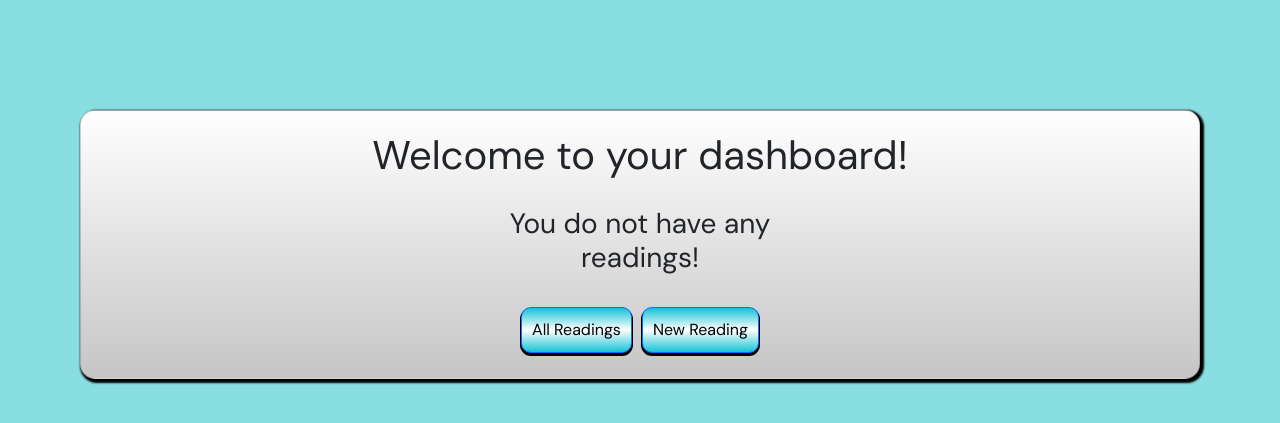
Repository: aiodell/my-glucose-checkup
Page: /dashboard (app in client/)
These files come from the project's save history. The page is drawn as it stood at one moment and after a run of saves; the edit follows.
The browser window is 1280 px wide. The pictures show the whole page.
The page's requests for data from a server got no answer. The project was rebuilt for these pictures with package versions that can differ from the ones it lists, and the page was loaded fresh each time. No one was signed in, and anything a server would have sent is missing. Also part of the build but not shown: client/src/components/Login.js, client/src/components/Signup.js, client/src/components/AllReadings.js, client/src/components/NewReading.js, client/src/components/Home.js, client/src/components/BglUpdateForm.js, client/src/components/BglEventDetails.js, client/src/components/NewBglEvent.js and 8 more.

Above is the page before, as saved 2022-10-06 07:04:12.

### client/src/index.js
import React from 'react';
import ReactDOM from 'react-dom/client';
import {BrowserRouter as Router} from "react-router-dom";
import 'bootstrap/dist/css/bootstrap.min.css';
import App from './App';

const root = ReactDOM.createRoot(document.getElementById('root'));
root.render(
  <React.StrictMode>
  <Router>
    <App />
  </Router>
  </React.StrictMode>
);

### client/src/App.js
import { useState, useEffect } from "react"
import { Switch, Route, useHistory } from "react-router-dom"
import NavBar from "./components/NavBar"
import Login from "./components/Login"
import Signup from "./components/Signup"
import Dashboard from "./components/Dashboard"
import AllReadings from "./components/AllReadings"
import NewReading from "./components/NewReading"
import Home from "./components/Home"
import BglEventDetails from "./components/BglEventDetails"
import NewBglEvent from "./components/NewBglEvent"
import Events from "./components/Events"
import UserProfile from "./components/UserProfile"
import CreateProfile from "./components/CreateProfile"
import AllUsers from "./components/AllUsers"
import './styles.css'

const App = () => {
  const [currentUser, setCurrentUser] = useState("")
  const [readings, setReadings] = useState([])
  const [events, setEvents] = useState([])
  const [users, setUsers] = useState([])
  const [following, setFollowing] = useState([])
  const history = useHistory()

  useEffect( () => {
    fetch(`/auto-login`)
    .then((r) => {
      if (r.ok) {
        r.json().then((user) => setCurrentUser(user))
      }else{
        history.push("/login")
      }
    })
  }, [ ])

	useEffect(() => {
		fetch("/events")
		.then((r) => r.json())
		.then(setEvents)
	}, [])

  useEffect(() => {
		fetch("/bgls")
		.then((r) => r.json())
		.then(setReadings)
	}, [])

  useEffect(() => {
    fetch("/users")
    .then((r) => r.json())
    .then(setUsers)
  }, [])

  useEffect(() => {
    fetch("/relationships")
    .then((r) => r.json())
    .then(setFollowing)
  }, [])

  const updateUser = (user) => setCurrentUser(user)

  const addNewReading = (newReading) => {setReadings(readings => [...readings, newReading])}

  const deleteReading = (deletedReading) => {
    setReadings((readings) => readings.filter((reading) => reading.id !== deletedReading))
  }

  const deleteEvent = (deletedEvent) => {
    setEvents((events) => events.filter((event) => event.id !== deletedEvent))
  }

  const updateBgl = (updatedBgl) => {
    setReadings((readings) => readings.map(bgl => bgl.id === updatedBgl.id ? updatedBgl : bgl))
  }

  // add follower to list
  const addNewFollow = (newFollow) => {
    setFollowing(following => [...following, newFollow])
    const copyOfCurrentUser = {...currentUser}
    copyOfCurrentUser.followees.push(newFollow)
    setCurrentUser(copyOfCurrentUser)
  }

  // delete follower from the list
  const deleteFollow = (deletedFollow) => {
    setFollowing((following) => following.filter((following) => following.id !== deletedFollow))
  }

  const removeCurrentFollowing = (deletedFollowee) => {
    const copyOfCurrentUser = {...currentUser}
    copyOfCurrentUser.followees = copyOfCurrentUser.followees.filter(followee => followee.followee_id !== deletedFollowee.followee_id)
    setCurrentUser(copyOfCurrentUser)
  }

   return (
   <div>
    <NavBar
      currentUser = {currentUser}
      updateUser = {updateUser}
    />
    <Switch>
      <Route exact path = "/login">
        <Login updateUser = {updateUser}/>
      </Route>
      <Route exact path = "/signup">
        <Signup />
      </Route>
      <Route exact path = "/dashboard">
        <Dashboard
        currentUser = {currentUser}
        readings = {readings}
        setReadings = {setReadings}
        following = {following}  // will be used to display the highs and lows of a user being followed
        users = {users}
        />
      </Route>
      <Route exact path= "/bgls/all">
        <AllReadings
        readings = {readings}
        setReadings = {setReadings}
        />
      </Route>
      <Route exact path= "/bgls/new">
        <NewReading addNewReading= {addNewReading} />
      </Route>
      <Route exact path= "/bgls/:id/">
        <BglEventDetails
          updateBgl = {updateBgl}
          deleteReading= {deleteReading}
          readings = {readings}
        />
      </Route>
      <Route exact path="/bgls/:id/bgl_events/new">
        <NewBglEvent events= {events}/>
      </Route>
      <Route exact path="/events">
        <Events
          deleteEvent = {deleteEvent}
          events = {events}
          setEvents = {setEvents}
        />
      </Route>
      <Route exact path= "/me">
        <UserProfile
        currentUser = {currentUser}
        users = {users}
        />
      </Route>
      <Route exact path = "/create-profile">
        <CreateProfile />
      </Route>
      <Route exact path= "/users">
        <AllUsers
        currentUser = {currentUser}
        users = {users}
        addNewFollow = {addNewFollow}
        deleteFollow = {deleteFollow}
        removeCurrentFollowing ={removeCurrentFollowing}
        />
      </Route>
      <Route exact path="/">
        <Home
        currentUser = {currentUser}
        setCurrentUser = {setCurrentUser}/>
      </Route>
    </Switch>
   </div>
  )
}

export default App;

### client/src/components/NavBar.js
import { useHistory, NavLink } from 'react-router-dom'
import Container from "react-bootstrap/Container"
import Nav from 'react-bootstrap/Nav';
import Navbar from 'react-bootstrap/Navbar';
import '../styles.css';

const NavBar = ({updateUser, currentUser}) => {
	const history = useHistory()

	// log out only available when logged in
	const handleLogout = (e) => {
		fetch(`/logout`, {
			method: 'DELETE'
		})
		.then(() => {
			updateUser("")
			history.push('/')
		})
	}

	return(
		<>
		{currentUser ?
			<Navbar bg="dark" variant="dark" expand="lg">
			<Container className="nav-bar">
				<Navbar.Brand>My Glucose Checkup</Navbar.Brand>
				<Navbar.Toggle aria-controls="basic-navbar-nav" />
				<Navbar.Collapse id="basic-navbar-nav"></Navbar.Collapse>
					<Nav className="me-auto">
						<NavLink className="nav-link" to="/dashboard">
							<Nav.Item>Dashboard</Nav.Item>
						</NavLink>
						<NavLink className="nav-link" to="/bgls/all">
							<Nav.Item>My BGLs</Nav.Item>
						</NavLink>
						<NavLink className="nav-link" to="/bgls/new">
							<Nav.Item>New Reading</Nav.Item>
						</NavLink>
						<NavLink className="nav-link" to="/me">
							<Nav.Item>My Account</Nav.Item>
						</NavLink>
						<NavLink className="nav-link" to="/users">
							<Nav.Item>All Users</Nav.Item>
						</NavLink>
						<Nav.Link onClick={handleLogout}>Logout</Nav.Link>
					</Nav>
			</Container>
		</Navbar> : null }
		</>
	)
}

export default NavBar

### client/src/components/Dashboard.js
import { useState, useEffect } from "react"
import {useHistory, Link, NavLink } from "react-router-dom"
import Container from "react-bootstrap/Container"
import Card from "react-bootstrap/Card"
import Button from "react-bootstrap/Button"
import Col from 'react-bootstrap/Col';
import Row from 'react-bootstrap/Row';

const Dashboard = ({currentUser}) => {
	const[readings, setReadings] = useState([])
	const[errors, setErrors] = useState([])
	const history= useHistory()

	// get the bgls for the user
	useEffect(() => {
		fetch("/bgls")
		.then(r => {
			if(r.ok){
				r.json().then(data => setReadings(data))
			}else{
				r.json().then(data => {
					setErrors(data.errors)
					history.push("/login")
				})
			}
		})
	}, [ ])

	// sort the highest, lowest, and most current value
	const lowestValue = [...readings].sort((a,b) => a.value - b.value)
	const highestValue = [...readings].sort((a,b) => b.value - a.value)
	const highestId =[...readings].sort((a,b) => b.id - a.id)

	const average = (arr) => {
		const { length } = arr
		return arr.reduce((acc, val) => {
			return acc + (val.value/length)
		}, 0)
	}

	const renderAverage = parseInt(average(readings))

	const renderLowest = lowestValue.slice(0,1).map((num) => {
		return(
			<div>
				<h2 key={num.id}> Lowest: {num.value}</h2>
			<Link to= {`/bgls/${num.id}`} className="small-link"> View Details</Link>
			</div>
		)
	})

	const renderHighest = highestValue.slice(0,1).map((num)=> {
		return(
			<div>
				<h2 key={num.id}> Highest: {num.value}</h2>
				<Link to= {`/bgls/${num.id}`} className="small-link"> View Details</Link>
			</div>
		)
	})

	const renderCurrent = highestId.slice(0,1).map((num) => {
		return(
		<>
			<Card className="current-bgl">
				<h1 className="current-txt" key={num.id}> {num.value} </h1>
			</Card>
			<Link to= {`/bgls/${num.id}`} className="small-link"> View Details</Link>
		</>
		)
	})

	// will return a dashboard alongside any highs and lows of followed users
	return(
		<Container className="container-style">
			{errors ? errors.map(e => <section>{e}</section>):null}
			<Card className="dash-container">
				{currentUser.name ? <h1 className="dash-title">
					Welcome to your dashboard, {currentUser.first_name} </h1>
					: <h1>Welcome to your dashboard!</h1> }
				{currentUser.admin ?
				<>
					<Row>
						<p>You are in admin mode</p>
							{renderCurrent}
					</Row>
						<Row className="low-high-avg">
							<Col>{renderLowest}</Col>
							<Col>
								{renderAverage === 0 ? <h3> You do not have any readings!</h3> :
								 	<h2> Average: {renderAverage}</h2>
								 }
							</Col>
							<Col>{renderHighest}</Col>
						</Row>
						<div>
							<NavLink to="/events">
								<Button className="btns" >All Events</Button>
							</NavLink>
							<NavLink to="/bgls/all">
								<Button className="btns">All Test Readings</Button>
							</NavLink>
							<NavLink to="/bgls/new">
								<Button className="btns">New Test Reading</Button>
							</NavLink>
						</div>
						<div>
							{/* Add updates from followed users here */}
						</div>
				</> :
				<>
					<Row>
						{renderCurrent}
					</Row>
						<Row className="low-high-avg">
							<Col>{renderLowest}</Col>
							<Col>
								{renderAverage === 0 ? <h3> You do not have any readings!</h3> :
								 	<h2> Average: {renderAverage}</h2>
								}
							</Col>
							<Col>{renderHighest}</Col>
						</Row>
						<div>
							<NavLink to="/bgls/all">
								<Button className="btns">All Readings</Button>
							</NavLink>
							<NavLink to="/bgls/new">
								<Button className="btns">New Reading</Button>
							</NavLink>
						</div>
				</> }
			</Card>
		</Container>
	)
}

export default Dashboard

### client/src/styles.css
@import url('https://fonts.googleapis.com/css2?family=DM+Sans&display=swap');
@import url('https://fonts.googleapis.com/css2?family=Carter+One&family=DM+Sans&display=swap');

body {
  font-family: 'DM Sans', sans-serif;
  background-color:	#89dee2;
  margin: 0px;
}

/*Universal */
.btns {
  background-image: linear-gradient(#16c2d5, #ffffff,#16c2d5);
  color: rgb(0, 0, 0);
  padding: 10px;
  margin: 5px;
  text-align: center;
  border-radius: 10px;
  box-shadow: 0px 2px 0px 1px black;
  text-decoration: none;
}

.container-style{
  text-align: center;
  padding: 10px;
  position: relative;
}

.navbar-brand{
  font-family: 'Carter One', cursive;
  font-size: 2rem;
  text-align:left
}

/*Home Page */
.Home {
  text-align: center;
}

.home-background {
  background-color: #88c7b2;
  min-height: 100vh;
  display: flex;
  flex-direction: column;
  align-items: center;
  justify-content: center;
  font-size: calc(10px + 2vmin);
  color: white;
}

.welcome {
  font-family: 'Carter One', cursive;
  text-shadow: 2px 2px black;
  text-align: center;
}

.home-btn-div {
  align-content: center;
}

/*Forms */
.form-style{
  margin-top: 100px;
  border-radius: 20px;
  box-shadow: 0px 2px 0px 1px black;
  background-image: linear-gradient(#67eabe, #ffffff);
  color: rgb(0, 0, 0);
}
.title{
  padding: 20px;
  position: relative;
}

/*Dashbord */
.dash-container{
  margin-top: 100px;
  padding: 20px;
  background-image: linear-gradient(#ffffff, #c5c5c5);
  box-shadow: 2px 2px 2px 2px black;
  border-radius: 15px;
  position: relative;
}

.current-bgl{
  border-radius: 50%;
  height: 150px;
  width: 150px;
  vertical-align: middle;
  left: 44%;
  position: relative;
  box-shadow: 2px 2px 2px 2px black;
  background-image: linear-gradient(#67eabe, #ffffff);
}

.current-txt{
  text-align: center;
  font-size: 4rem;
  padding-top: 40px;
  padding-left: 5px;
  position: relative;
}

.low-high-avg{
  padding: 20px;
  position: relative;
}

.dash-title{
  font-family: 'Carter One', cursive;
  text-shadow: 2px 2px 2px black;
  color: white
}

/*Events */

.list{
  list-style: none;
  padding: 5px;
  font-size: 150%;
}

.event-container-style{
  text-align: center;
  padding: 10px;
  position: relative;
  margin: 5px;
}

.delete-btn{
  background-image: linear-gradient(#67eabe, #ffffff);
  color: rgb(0, 0, 0);
  padding: 5px;
  margin: 5px;
  text-align: center;
  box-shadow: 0px 2px 0px 1px black;
  text-decoration: none;
}
.event-card{
  vertical-align: middle;
  left: 39%;
  position: relative;
}

/*All bgls*/
.all-bgl-container-style{
  align-content: center;
  margin-top: 20px;
  text-align: center;
  display: relative;
  position:relative;
  max-width: 50%;
}

.link-text-style{
  text-decoration: none;
}

.pages {
  display: flex;
  justify-content: center;
  margin-top: 20px;
}

.bgl-card{
  margin: 10px;
  text-decoration: none;
  color: black;
  box-shadow: 0px 2px 0px 2px black;
}

.card-title{
  font-size: 150%;
}

.search {
  width: 50%;
  text-align: center;

  position: relative;
  display: block;
  margin: auto;
  padding: 2rem;
}

.searchTerm {
  text-align: center;
  width: 100%;
  border: 3px solid #004e59;
  padding: 5px;
  height: 3rem;
  border-radius: 5px;
  outline: none;
  font-size: 1.5rem;
}

/* Profile Completion Form */
.form-title{
  text-align: center;
  margin-top: 15px;
}

.profile-completion{
  text-align: center;
  padding: 15px;
  margin: 10px;
  box-shadow: 1px 2px 0px 1px black;
  background-image: linear-gradient(#eaeaea, #ffffff);
  color: rgb(0, 0, 0);
}

.profile-label{
  margin-bottom: 5px;
  margin-top: 10px;
}

.form-check{
  margin-top: 5px
}

/*profile container*/
.profile-container{
  align-content: center;
  margin-top: 20px;
  text-align: center;
  display: relative;
  position:relative;
  max-width: 50%;
}

Loaded but not shown: client/public/index.html (common file)

After the next 2 saves:
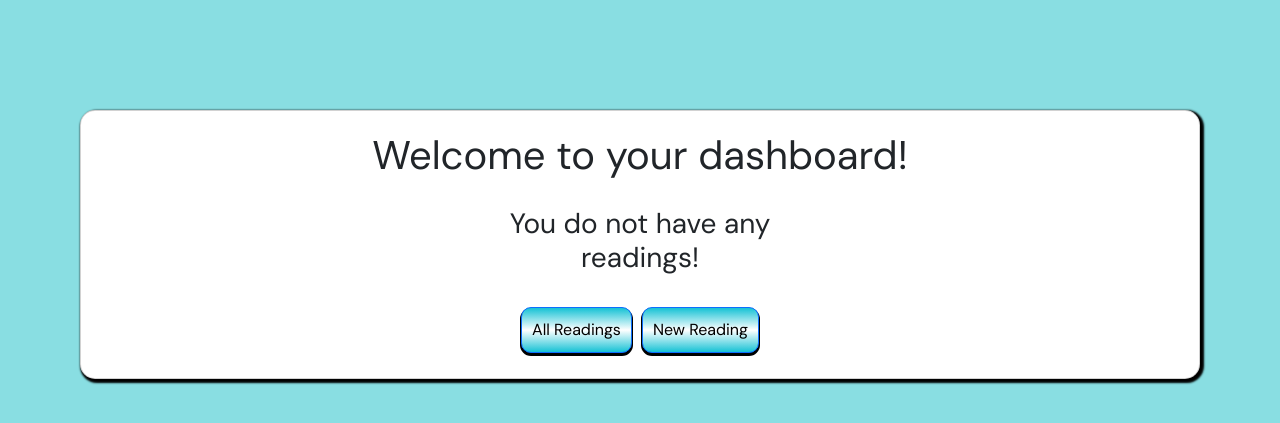
The 2 saves are shown as one change because they came seconds apart.
The last was saved 12 s later.
--- a/client/src/styles.css
+++ b/client/src/styles.css
@@ -74,7 +74,7 @@ body {
 .dash-container{
   margin-top: 100px;
   padding: 20px;
-  background-image: linear-gradient(#ffffff, #c5c5c5);
+  background-image: linear-gradient(#ffffff,#ffffff, #ffffff #c5c5c5);
   box-shadow: 2px 2px 2px 2px black;
   border-radius: 15px;
   position: relative;
